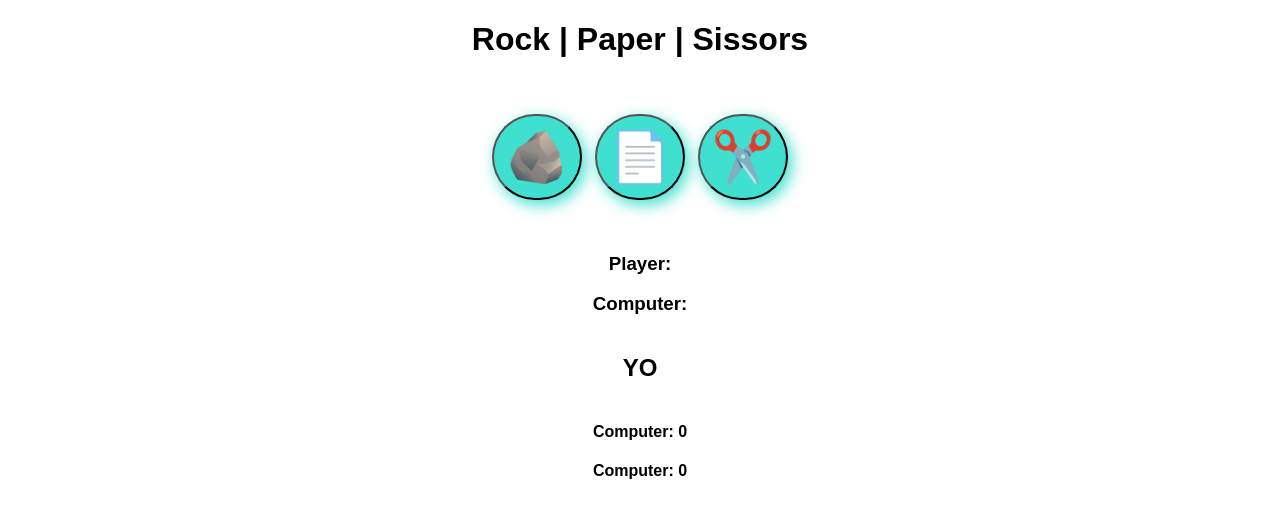
Repository: SakthivelDurai47/Rock-Paper-Sissors
Page: index.html
An editor plug-in stored every save of this project. The page is shown before and after the next save, followed by the edit.
The browser window is 1280 px wide. The pictures show the whole page.

Above is the page before, as saved 2025-04-14 22:12:34.

After the next save:
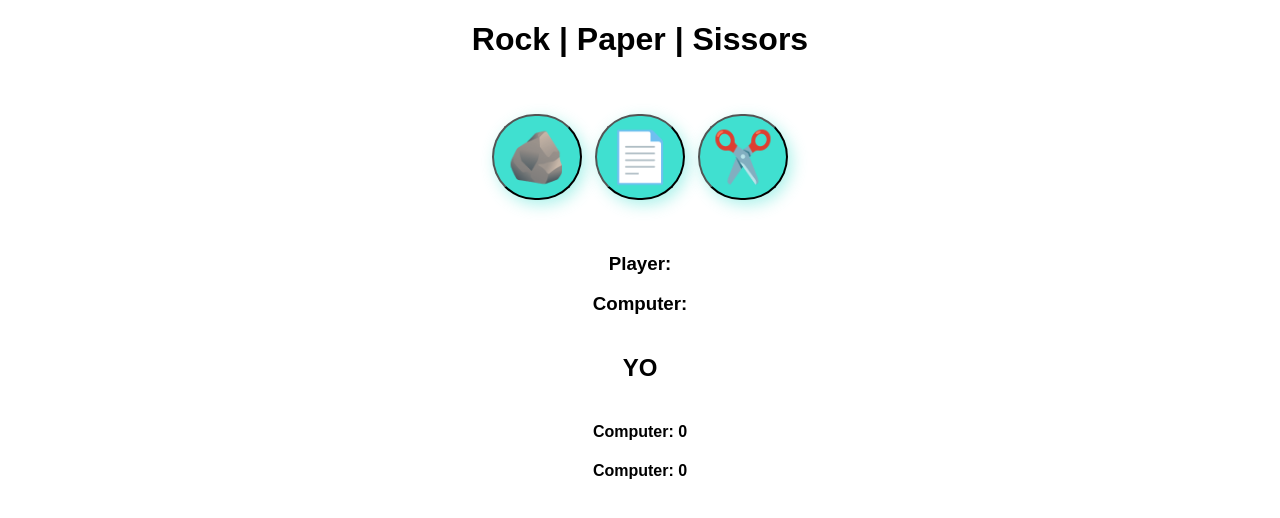
Saved 5 s later.
--- a/styles.css
+++ b/styles.css
@@ -15,5 +15,5 @@ button {
   padding: 12px;
   margin: 4px;
   background-color: turquoise;
-  box-shadow: 4px 5px 15px turquoise;
+  box-shadow: 4px 5px 15px rgba(64, 224, 208, 0.425);
 }
